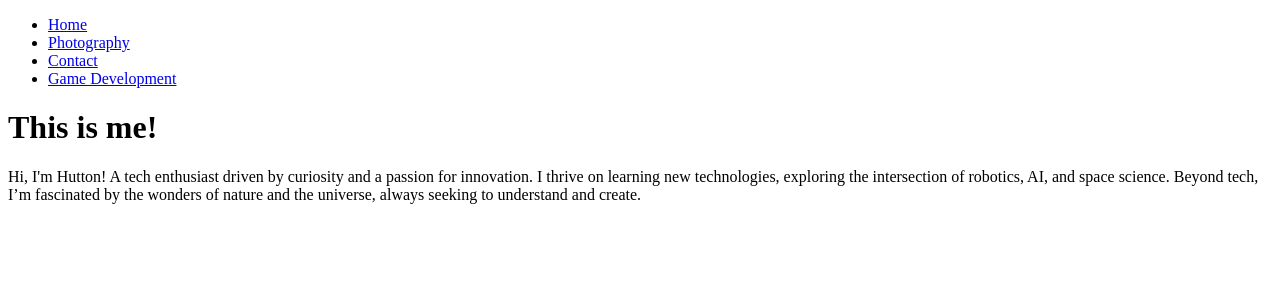
Repository: Argivist/ArgPortfolio
Page: index.html
These files come from the project's save history. The page is drawn as it stood at one moment and after the next save; the edit follows.
The browser window is 1280 px wide. The pictures show the whole page.

Above is the page before, as saved 2025-03-28 14:47:51.

### index.html
<!DOCTYPE html>
<html lang="en">

<head>
    <meta charset="UTF-8">
    <meta name="viewport" content="width=device-width, initial-scale=1.0">
    <link rel="stylesheet" href="css/styles.css">
    <link rel="stylesheet" href="css/nav.css">

    <title>Hutton Amison-Addy</title>
</head>

<body>
    <nav>
        <ul>
            <li class="nav-coontent"><a href="index.html">Home</a></li>
            <li><a href="https://www.instagram.com/theworldinoneseye/">Photography</a></li>

            <li class="dropdown">
                <a href="contact.html">Contact</a>
                <ul class="dropdown-content">
                    <li><a href="https://www.linkedin.com/in/hutton-amison-addy-7b1b3b1b1/">LinkedIn</a></li>
                    <li><a href="https://www.github.com/Argivist">GitHub</a></li>
                    <li><a href="mailto:hutton.amison@ashesi.edu.gh">hutton.amison@ashesi.edu.gh</a></li>
                    <li><a href="mailto:huttonaaddy.public@gmail.com">huttonaaddy.public@gmail.com</a></li>
                </ul>
            </li>

            <li class="dropdown">
                <a href="#">Game Development</a>
                <ul class="dropdown-content">
                    <li><a href="game/index.html">Game Development Projects</a></li>
                    <li><a href="blender/index.html">Blender</a></li>
                </ul>
            </li>
        </ul>
    </nav>

    <div>
        <h1>This is me!</h1>
        <p class="desc">
            Hi, I'm Hutton! A tech enthusiast driven by curiosity and a passion for innovation. I thrive on learning new technologies, exploring the intersection of robotics, AI, and space science. Beyond tech, I’m fascinated by the wonders of nature and the universe, always seeking to understand and create.
        </p>
    </div>

</body>

</html>

### css/nav.css
/* .dropdown{
    position: relative;
    display: inline-block;
} */
/* .dropdown:hover .dropdown-content{
    display: block;
}
 */

.nav-content{
    position: relative;
    display: inline-block;
}
.dropdown:hover .dropdown-content{
    display: block;
}
.dropdown-content{
    display: none;
    position: absolute;
    background-color: #f9f9f9;
    min-width: 160px;
    box-shadow: 0px 8px 16px 0px rgba(0,0,0,0.2);
    z-index: 1;
}

Loaded but not shown: css/styles.css (no stored copy; drawn as an empty file)

After the next save:
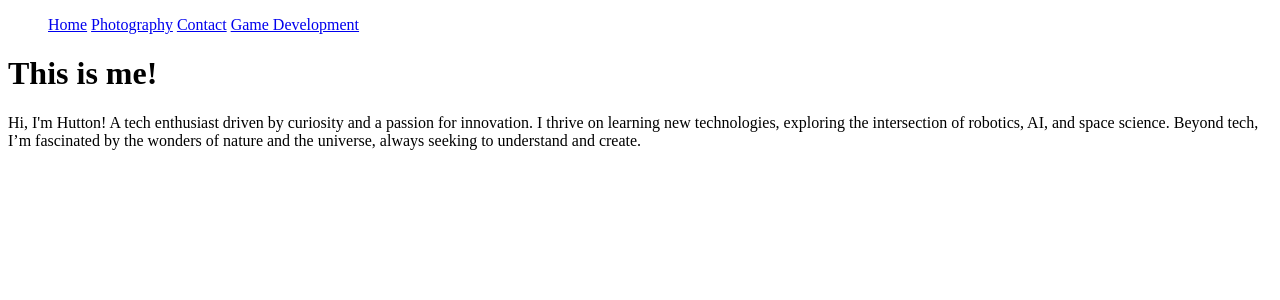
Saved 40 s later.
--- a/index.html
+++ b/index.html
@@ -13,10 +13,10 @@
 <body>
     <nav>
         <ul>
-            <li class="nav-coontent"><a href="index.html">Home</a></li>
-            <li><a href="https://www.instagram.com/theworldinoneseye/">Photography</a></li>
+            <li class="nav-content"><a href="index.html">Home</a></li>
+            <li class="nav-content"><a href="https://www.instagram.com/theworldinoneseye/">Photography</a></li>
 
-            <li class="dropdown">
+            <li class="dropdown nav-content">
                 <a href="contact.html">Contact</a>
                 <ul class="dropdown-content">
                     <li><a href="https://www.linkedin.com/in/hutton-amison-addy-7b1b3b1b1/">LinkedIn</a></li>
@@ -26,7 +26,7 @@
                 </ul>
             </li>
 
-            <li class="dropdown">
+            <li class="dropdown nav-content">
                 <a href="#">Game Development</a>
                 <ul class="dropdown-content">
                     <li><a href="game/index.html">Game Development Projects</a></li>
